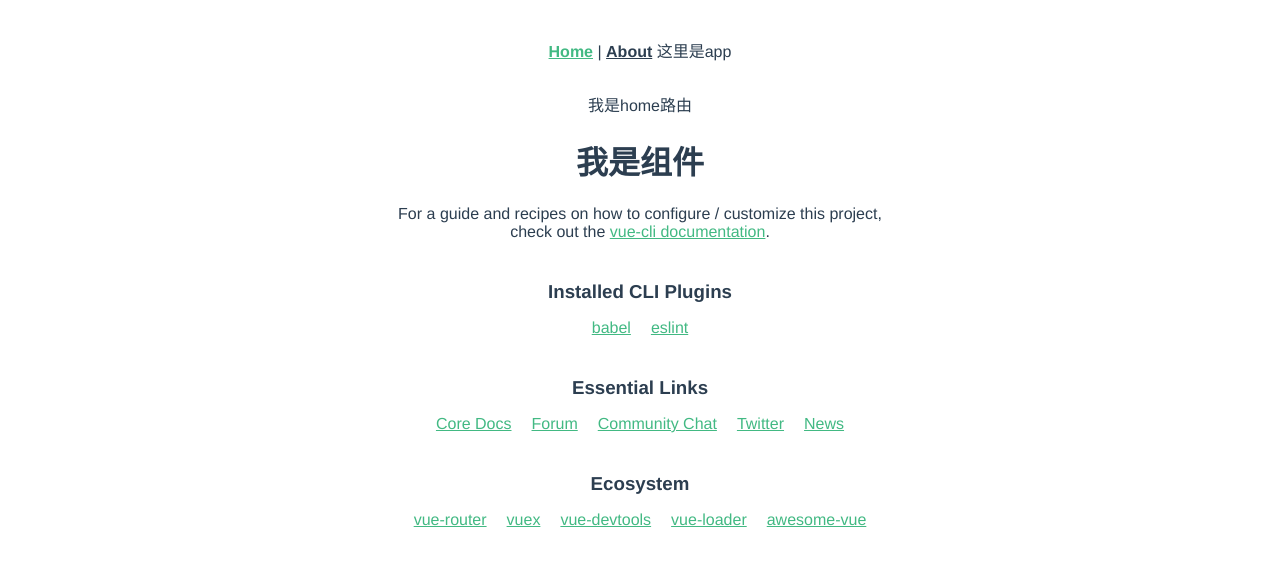
Repository: 12baby/project
Page: /
An editor plug-in stored every save of this project. The page is shown before and after a run of saves, followed by the edit.
The browser window is 1280 px wide. The pictures show the whole page.
The project was rebuilt for these pictures with package versions that can differ from the ones it lists, and the page was loaded fresh each time. Also part of the build but not shown: vue.config.js.

Above is the page before, as saved 2019-04-09 13:36:00.

After the next 2 saves:
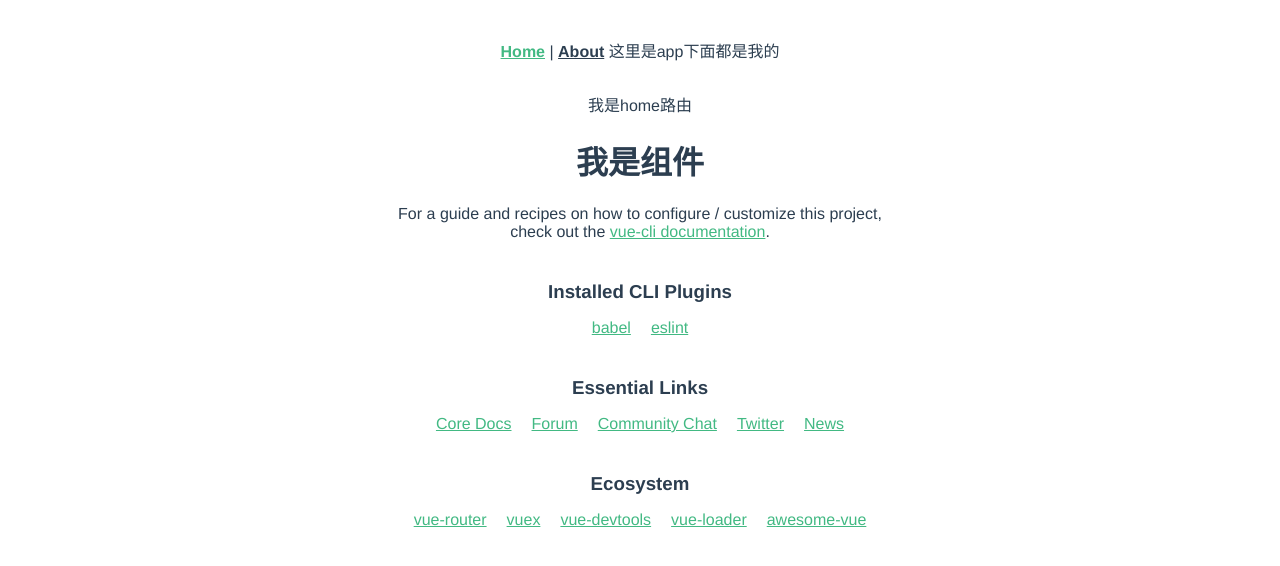
The 2 saves are shown as one change because they came seconds apart.
The last was saved 11 s later.
--- a/src/App.vue
+++ b/src/App.vue
@@ -3,7 +3,7 @@
     <div id="nav">
       <router-link to="/">Home</router-link> |
       <router-link to="/about">About</router-link>
-      这里是app
+      这里是app下面都是我的
     </div>
     <router-view />
   </div>
